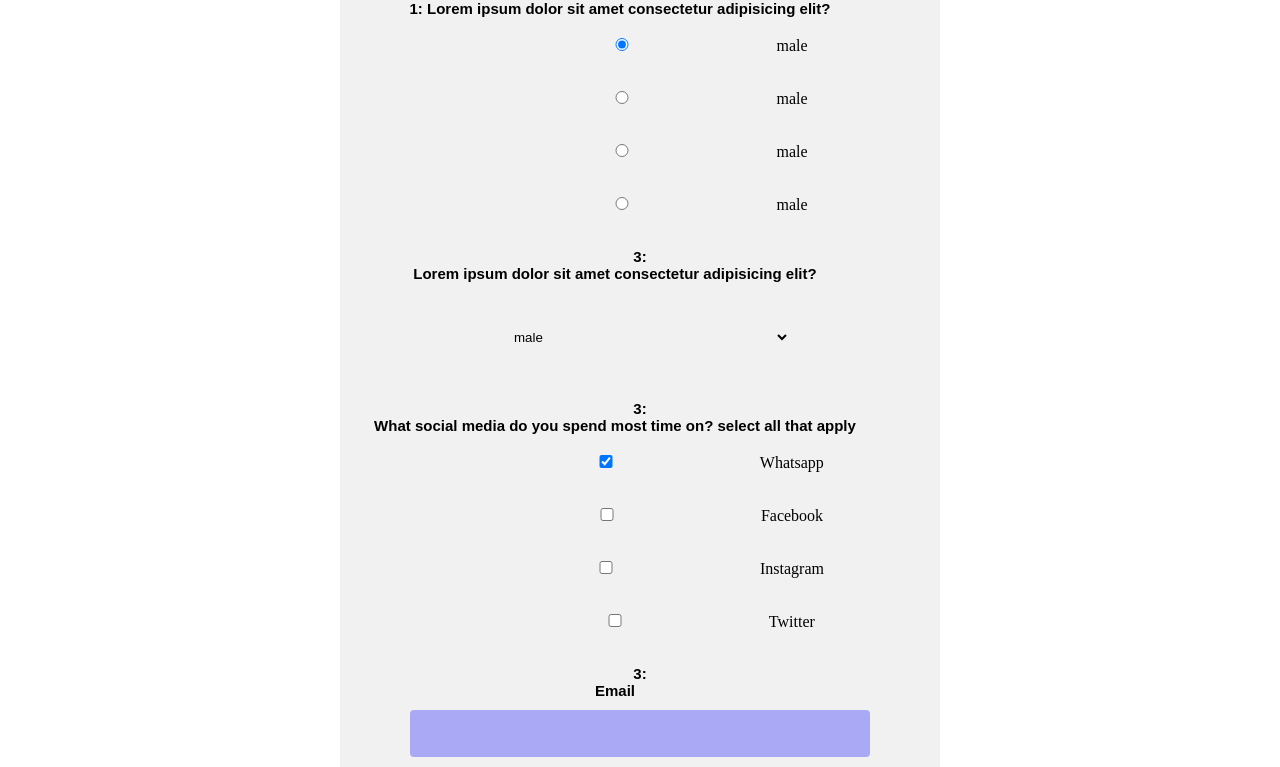
Repository: Grace229/Hasob-form
Page: index.html
The author's editor kept a copy of each file at every save. The page is drawn from the files as they stood at one save, then again after the next save.
The browser window is 1280 px wide. The pictures show the whole page.

Above is the page before, as saved 2020-12-27 11:39:09.

### index.html
<!DOCTYPE html>
<html lang="en">
<head>
    <meta charset="UTF-8">
    <meta name="viewport" content="width=device-width, initial-scale=1.0">
    <title>Document</title>
    <link rel="stylesheet" href="style.css">
</head>
<body>
    <form>
        <!-- radio button -->
        <div>
            <label class="question" for="">1: Lorem ipsum dolor sit amet consectetur adipisicing elit? </label> <br>
                <input type="radio" name="gender" value="male" class="input" checked>
                <label> male</label>
                <input type="radio" name="gender" value="male" class="input">
                <label> male</label>
                <input type="radio" name="gender" value="male" class="input">
                <label> male</label>
                <input type="radio" name="gender" value="male" class="input">
                <label> male</label>

        </div>
        <!-- dropdown -->
        <div>
            <label  class="question" for=""><p>3:</p> Lorem ipsum dolor sit amet consectetur adipisicing elit? </label><br>
               <select name="grace" id="input">
                   <option value="male" class="check">
                    <label> male</label>
                   </option>
                   <option value="male" class="check">
                    <label> male</label>
                   </option>
                   <option value="male" class="check">
                    <label> male</label>
                   </option>
                   <option value="male" class="check">
                    <label> male</label>
                   </option>
               </select>
        </div>
        <!-- checkboxes -->
           <div>
            <label  class="question" for=""><p>3:</p> What social media do you spend most time on? select all that apply</label><br>
               <input type="checkbox" name="gender" value="male" class="input" checked>
               <label> Whatsapp</label>
                <input type="checkbox" name="gender" value="male" class="input">
                <label> Facebook</label>
                <input type="checkbox" name="gender" value="male" class="input">
                <label> Instagram</label>
                <input type="checkbox" name="gender" value="male" class="input">
                <label> Twitter</label>
        </div>
        <!-- textbox -->
        <div>
            <label  class="question" for=""> <p>3:</p> Email</label> <br>
            <input type="email" name="email" id="email">
        </div>
   </form>
</body>
</html>

### style.css
*{
    padding: 0;
    margin: 0;
}
.question{
    font-size: 15px;
    font-weight: bold;
    font-family: sans-serif;
    margin: 10px 50px 10px 10px;
}

.input{
    width: 50%;
    margin: 20px 0px 20px 0px;
}
.check{
    border: solid 1px black;
}
#input{
    width: 50%;
    margin: 30px 10px 20px 10px;
    border: none;
}
select{
    border: 1px  solid black;
    background-color:#f1f1f1;
    padding: 16px 20px;
    border-radius: 4px;
}
option{
    border: 1px solid black;
    font-size:  15px;
}
form{
    text-align: center;
    width: 600px;
    margin: auto;
    background-color: #f1f1f1;
}
#email{
    width: 70%;
    margin: 10px 10px 10px 10px;
    border: none;
    background-color: rgb(169, 169, 245);
    padding: 16px 20px;
    border-radius: 4px;
}
#email:focus{
    background-color: #ffffff;
    font-size: 20px;

}

After the next save:
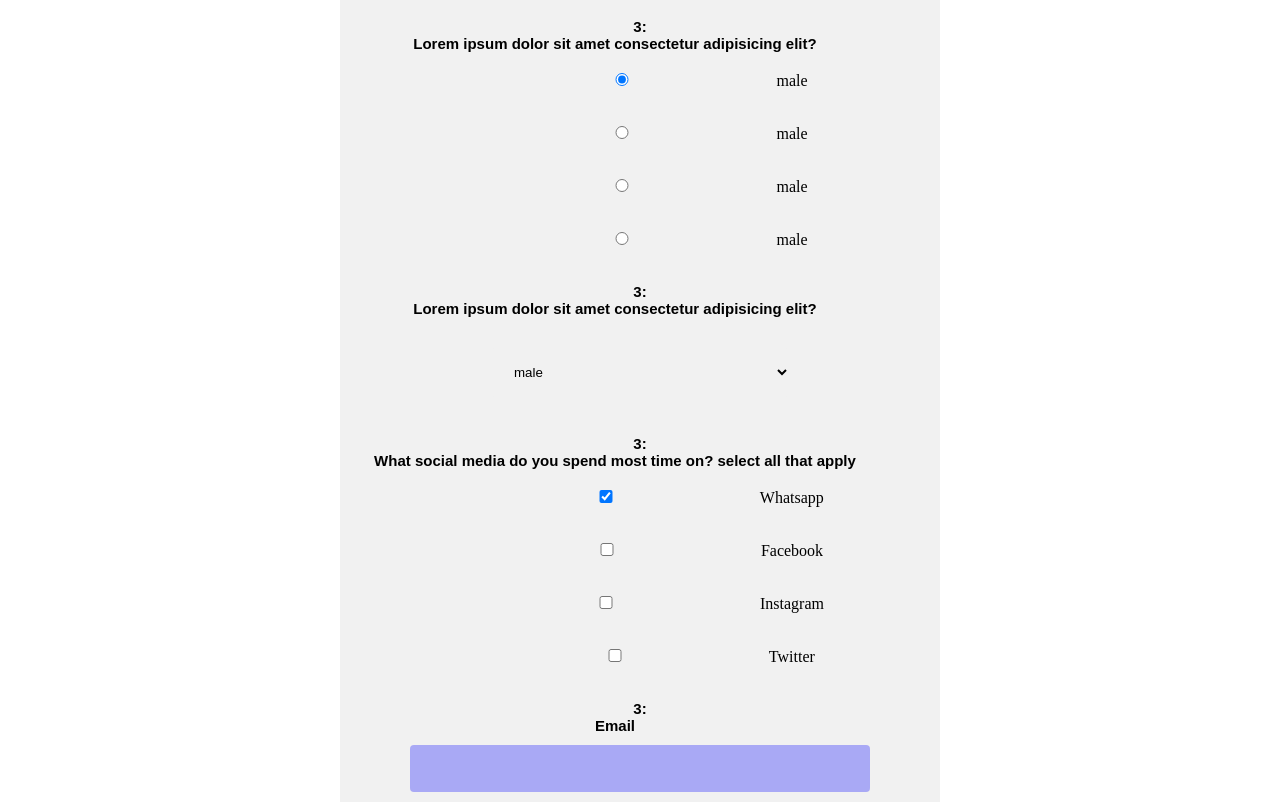
Saved 5 s later.
--- a/index.html
+++ b/index.html
@@ -10,7 +10,7 @@
     <form>
         <!-- radio button -->
         <div>
-            <label class="question" for="">1: Lorem ipsum dolor sit amet consectetur adipisicing elit? </label> <br>
+            <label class="question" for=""><p>3:</p> Lorem ipsum dolor sit amet consectetur adipisicing elit? </label> <br>
                 <input type="radio" name="gender" value="male" class="input" checked>
                 <label> male</label>
                 <input type="radio" name="gender" value="male" class="input">
